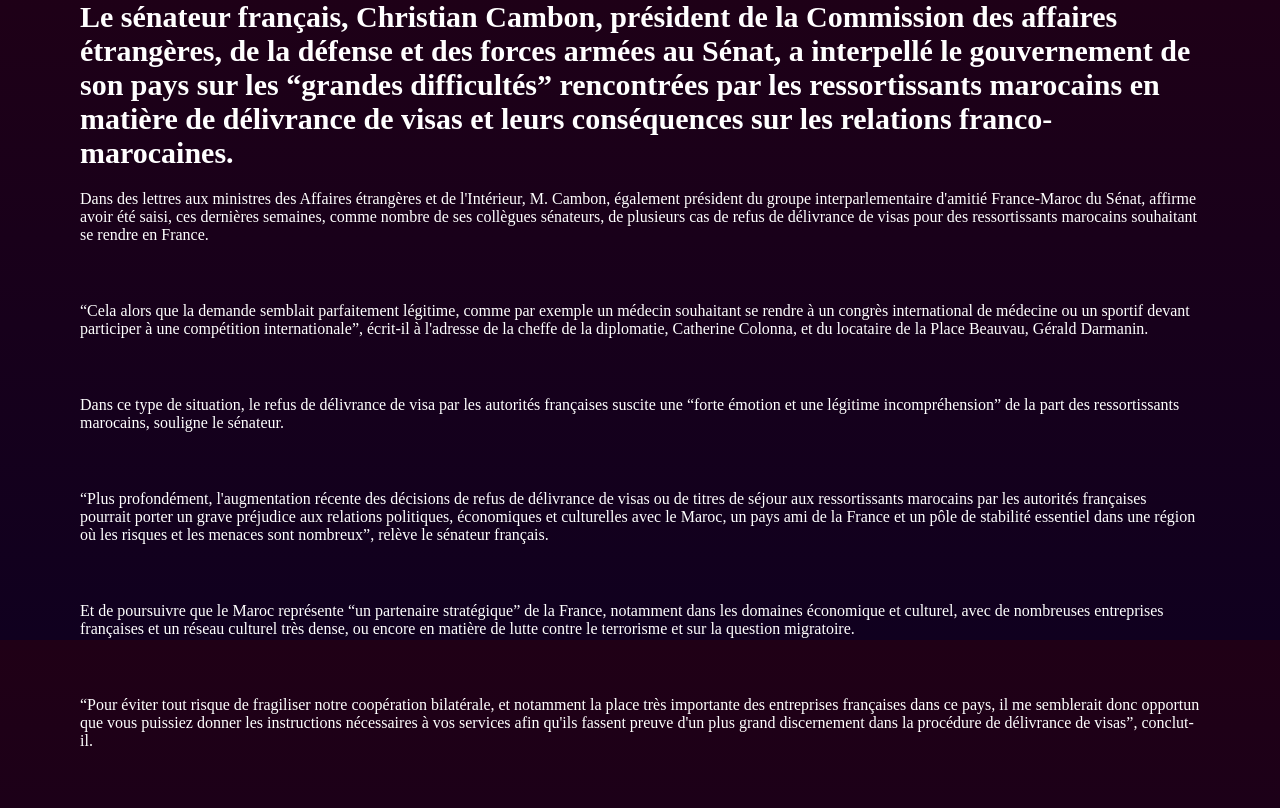
Repository: SD-Mdouka/site-n-b
Page: /
The author's editor kept a copy of each file at every save. The page is drawn from the files as they stood at one save, then again after the next save.
The browser window is 1280 px wide. The pictures show the part of the page from y = 800 to 1608 px (the page is 1608 px tall before and 1498 px after).
The project was rebuilt for these pictures with package versions that can differ from the ones it lists, and the page was loaded fresh each time.

Above is the page before, as saved 2022-09-22 15:15:25.

### src/index.css
* {
    margin: 0;
    padding: 0;
}

body {
    background: linear-gradient(#200016, #10001f);
    height: 100vh;
}

### src/App.js
import React from "react";
import "./App.css";

function App() {
  return (
    <div className="">
      <header>
        <h2>
          <a href="#" className="logo">
            Shop
          </a>
        </h2>
        <ul>
          <li>
            <a href="#" className="active">
              Home
            </a>
          </li>
          <li>
            <a href="#">Product</a>
          </li>
          <li>
            <a href="#">Shop</a>
          </li>
          <li>
            <a href="#">About</a>
          </li>
          <li>
            <a href="#">Contact</a>
          </li>
        </ul>
      </header>
      <section className="main">
        <img src="./stars1.png" alt="stars1" id="stars1" />
        <h2 className="Shop">Shop</h2>
        <img src="./moon2.png" alt="moon2" id="moon2" />
        <img src="./mountains3.png" alt="mountains3" id="mountains3" />
        <img src="./mountains4.png" alt="mountains4" id="mountains4" />
        <img src="./river5.png" alt="river5" id="river5" />
        <img src="./boat6.png" alt="boat6" id="boat6" />
        <img src="./mountains7.png" alt="mountains3" id="mountains7" />
      </section>
      <div className="content">
        <h2>
          Le sénateur français, Christian Cambon, président de la Commission des
          affaires étrangères, de la défense et des forces armées au Sénat, a
          interpellé le gouvernement de son pays sur les “grandes difficultés”
          rencontrées par les ressortissants marocains en matière de délivrance
          de visas et leurs conséquences sur les relations franco-marocaines.
        </h2>
        <p>
          Dans des lettres aux ministres des Affaires étrangères et de
          l'Intérieur, M. Cambon, également président du groupe
          interparlementaire d'amitié France-Maroc du Sénat, affirme avoir été
          saisi, ces dernières semaines, comme nombre de ses collègues
          sénateurs, de plusieurs cas de refus de délivrance de visas pour des
          ressortissants marocains souhaitant se rendre en France.
        </p>
        <br />
        <p>
          “Cela alors que la demande semblait parfaitement légitime, comme par
          exemple un médecin souhaitant se rendre à un congrès international de
          médecine ou un sportif devant participer à une compétition
          internationale”, écrit-il à l'adresse de la cheffe de la diplomatie,
          Catherine Colonna, et du locataire de la Place Beauvau, Gérald
          Darmanin.
        </p>{" "}
        <br />
        <p>
          Dans ce type de situation, le refus de délivrance de visa par les
          autorités françaises suscite une “forte émotion et une légitime
          incompréhension” de la part des ressortissants marocains, souligne le
          sénateur.
        </p>{" "}
        <br />
        <p>
          “Plus profondément, l'augmentation récente des décisions de refus de
          délivrance de visas ou de titres de séjour aux ressortissants
          marocains par les autorités françaises pourrait porter un grave
          préjudice aux relations politiques, économiques et culturelles avec le
          Maroc, un pays ami de la France et un pôle de stabilité essentiel dans
          une région où les risques et les menaces sont nombreux”, relève le
          sénateur français.
        </p>{" "}
        <br />
        <p>
          Et de poursuivre que le Maroc représente “un partenaire stratégique”
          de la France, notamment dans les domaines économique et culturel, avec
          de nombreuses entreprises françaises et un réseau culturel très dense,
          ou encore en matière de lutte contre le terrorisme et sur la question
          migratoire.
        </p>{" "}
        <br />
        <p>
          “Pour éviter tout risque de fragiliser notre coopération bilatérale,
          et notamment la place très importante des entreprises françaises dans
          ce pays, il me semblerait donc opportun que vous puissiez donner les
          instructions nécessaires à vos services afin qu'ils fassent preuve
          d'un plus grand discernement dans la procédure de délivrance de
          visas”, conclut-il.
        </p>{" "}
        <br />
      </div>
    </div>
  );
}

export default App;

### src/App.css
a {
    text-decoration: none;
    color: #fff;
}

header {
    position: fixed;
    width: 95%;
    z-index: 100;
    display: flex;
    justify-content: space-between;
    align-items: center;
    margin: 30px;
}

header .logo {
    text-transform: uppercase;
    font-size: 30px;
}

header ul {
    display: flex;
    justify-content: center;
    align-items: center;
    list-style: none;
}

header ul li {
    margin-right: 30px;
}

header ul li a {
    padding: 6px 15px;
    border-radius: 20px;
    -webkit-border-radius: 20px;
    -moz-border-radius: 20px;
    -ms-border-radius: 20px;
    -o-border-radius: 20px;
}

header ul li a:hover,
.active {
    background-color: #fff;
    color: #333;
}

.main {
    position: relative;
    height: 100vh;
    width: 100%;
    display: flex;
    justify-content: center;
    align-items: center;
}

.main img {
    position: absolute;
    width: 100%;
    height: 100vh;
    object-fit: cover;
}

#moon2 {
    mix-blend-mode: screen;
    transform: translateY(80px);
    -webkit-transform: translateY(80px);
    -moz-transform: translateY(80px);
    -ms-transform: translateY(80px);
    -o-transform: translateY(80px);
}

.Shop {
    color: #fff;
    font-size: 30px;
    text-transform: uppercase;
    transform: translateY(-150px);
    -webkit-transform: translateY(-150px);
    -moz-transform: translateY(-150px);
    -ms-transform: translateY(-150px);
    -o-transform: translateY(-150px);
}

.content {
    color: #fff;
    padding: 20px;
    margin: 40px;
}

.content h2 {
    margin: 20px;
    font-size: 30px;
}

.content p {
    margin: 20px;
}

Loaded but not shown: public/index.html (common file); src/index.js (common file); src/reportWebVitals.js (common file)

After the next save:
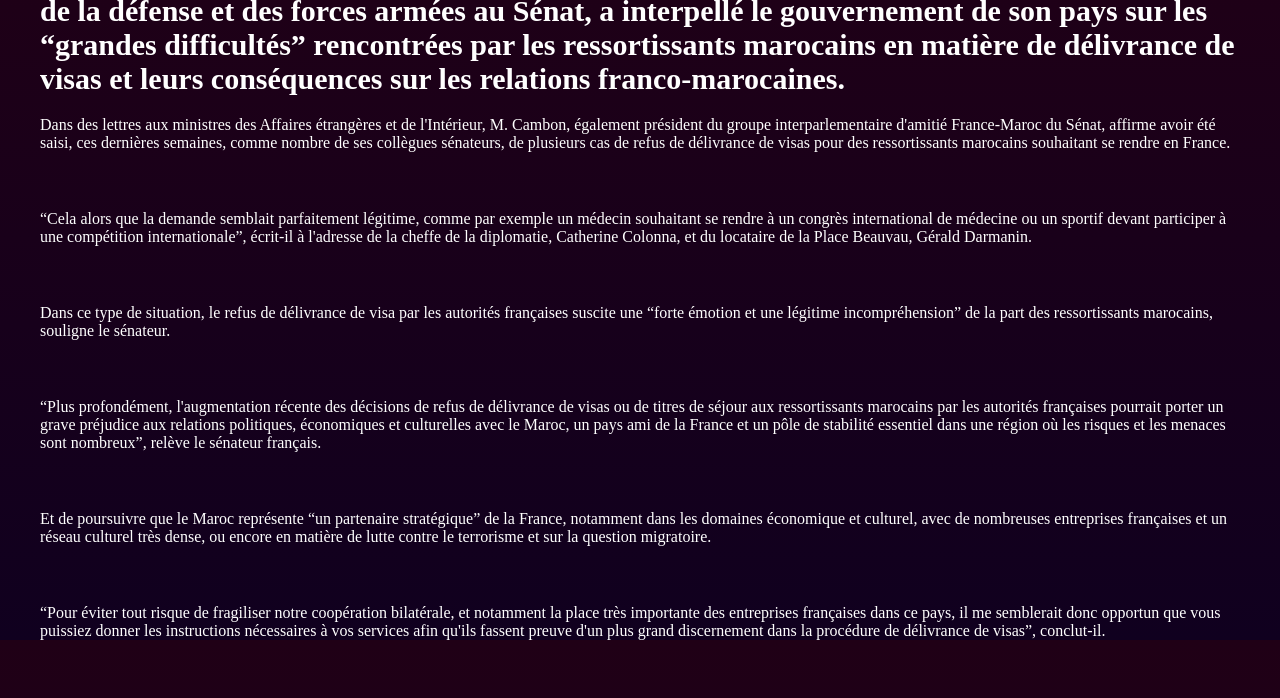
Saved 14 s later.
--- a/src/App.css
+++ b/src/App.css
@@ -83,7 +83,6 @@ header ul li a:hover,
 .content {
     color: #fff;
     padding: 20px;
-    margin: 40px;
 }
 
 .content h2 {
